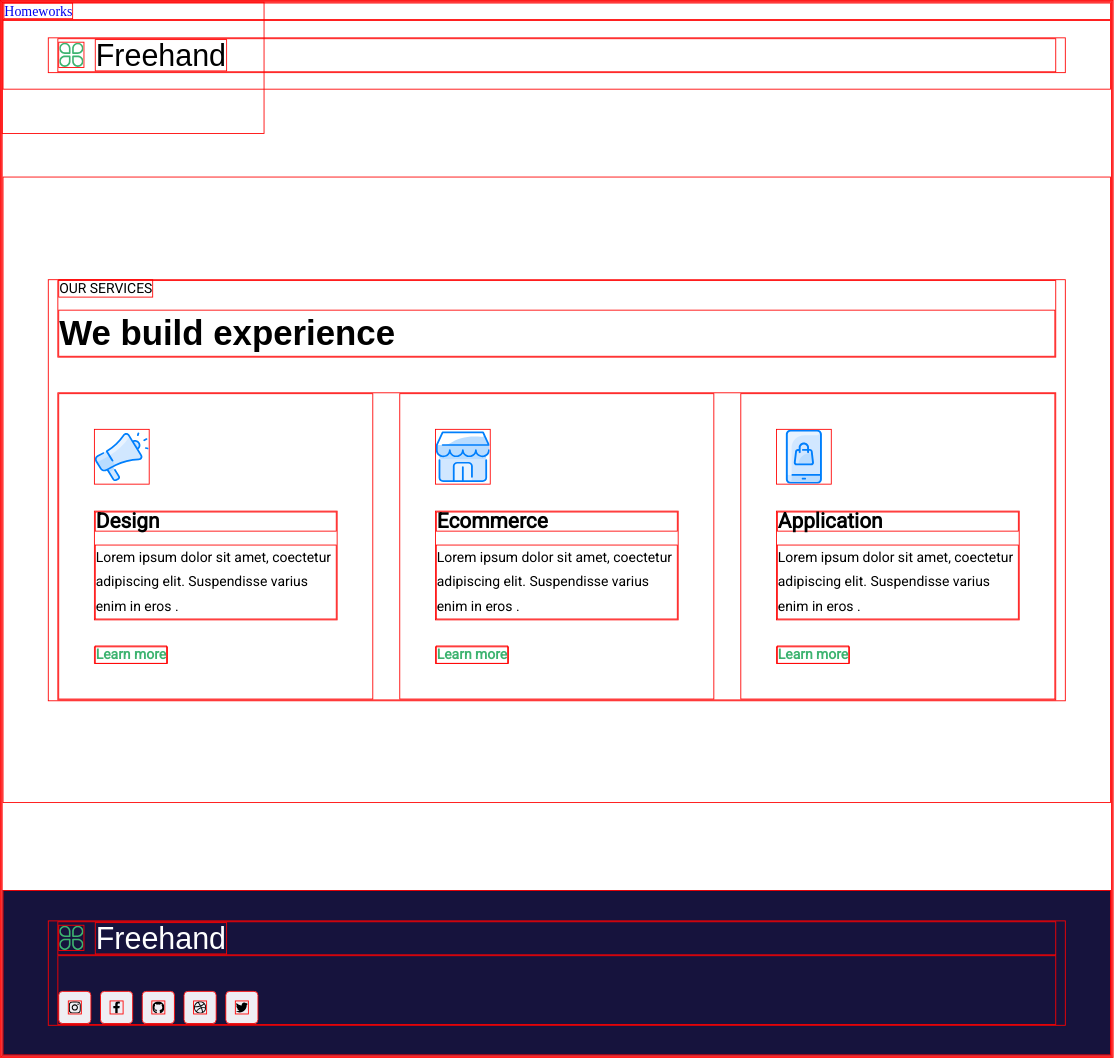
Repository: Tsiniavska/beetroot-test-project
Page: Homeworks/svg/index.html
An editor plug-in stored every save of this project. The page is shown before and after the next save, followed by the edit.
The browser window is 1280 px wide. The pictures show the whole page, at 87% of full size.
Some web fonts or font styles are not loaded; a fallback is used.

Above is the page before, as saved 2024-02-28 23:01:13.

After the next save:
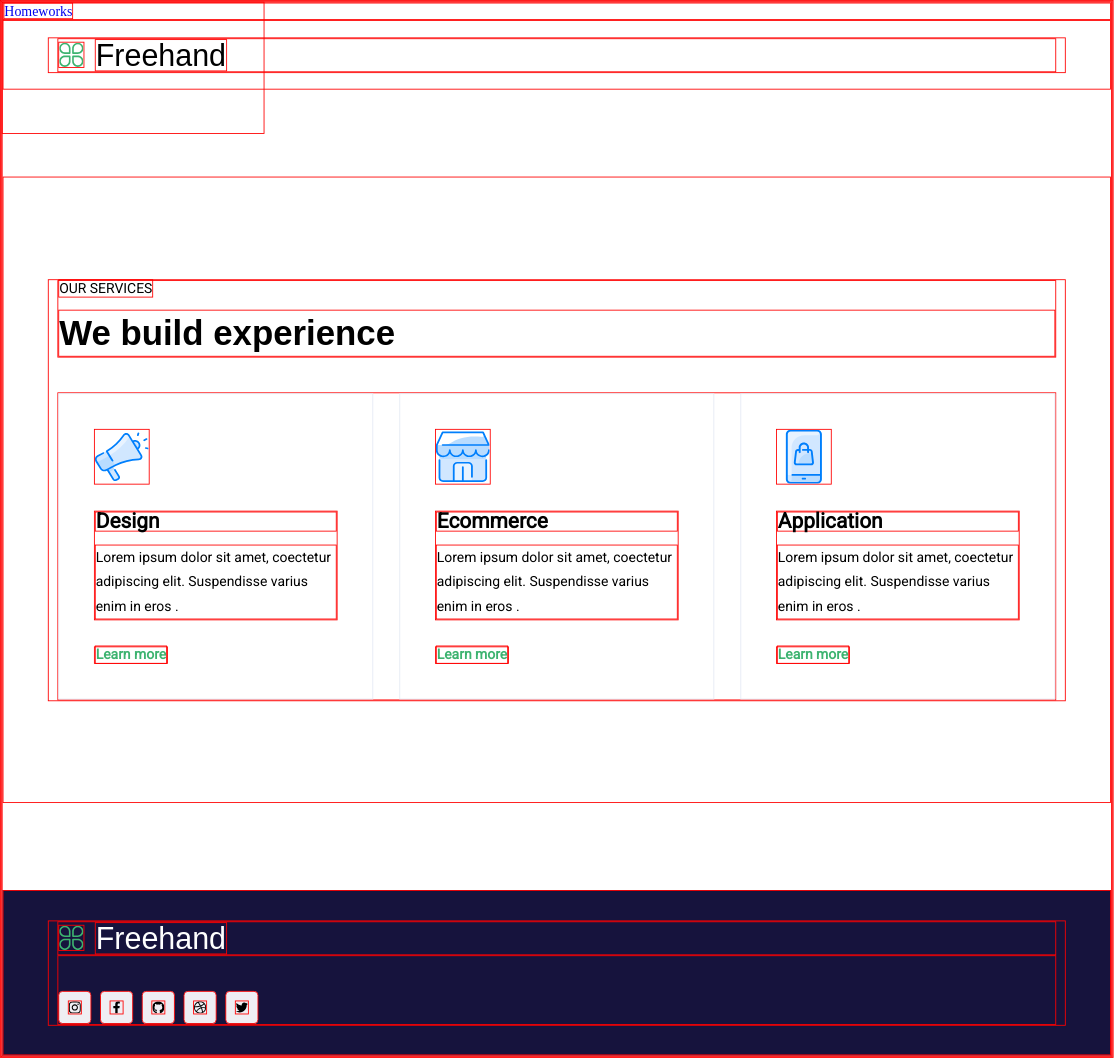
Saved 10 s later.
--- a/Homeworks/svg/index.css
+++ b/Homeworks/svg/index.css
@@ -64,7 +64,7 @@
   flex-direction: row;
   flex-wrap: wrap;
   gap: 30px;
-  border: 1px solid var();
+  border: 1px solid var(--c-silver);
 }
 
 .icon-content {
